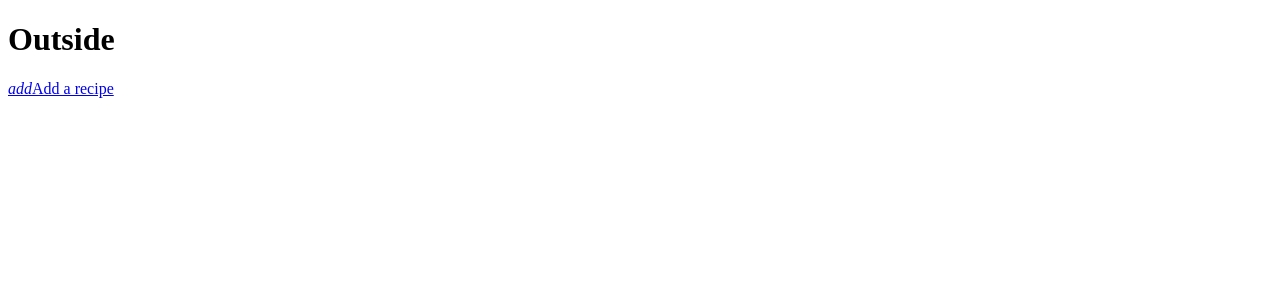
Repository: neillarkin/atari-app
Page: http://localhost/
The author's editor kept a record of every edit. The page is drawn from the files as they stood at one moment, then again after the next edit.
The browser window is 1280 px wide. The pictures show the whole page.
The page is served by the project's application, run on Flask 3 (run.py). Queries for data that is not in the repository find no rows.

Above is the page before.

After the next edit:
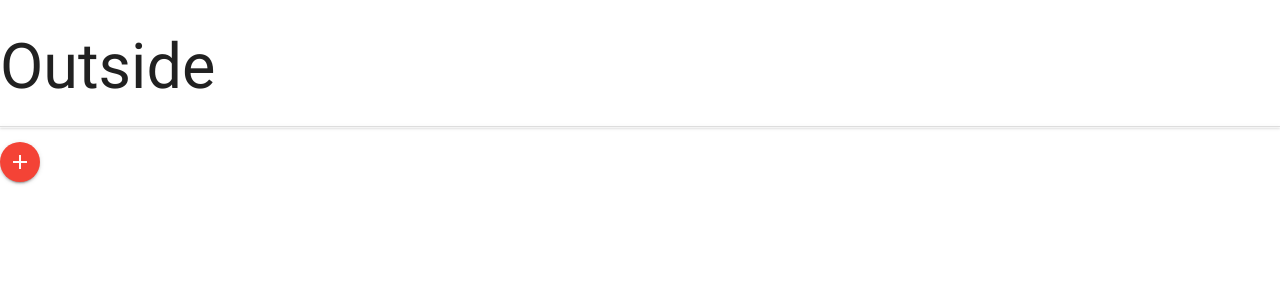
The edit:
--- a/templates/base.html
+++ b/templates/base.html
@@ -1,11 +1,14 @@
 <!DOCTYPE html>
 <html>
-    <head>
 
-    </head>
-    <body>
-        <h1>Outside</h1>
-        {% block content %}
-        {% endblock %}
-    </body>
+<head>
+    <link href="https://fonts.googleapis.com/icon?family=Material+Icons" rel="stylesheet">
+    <link rel="stylesheet" href="https://cdnjs.cloudflare.com/ajax/libs/materialize/0.100.2/css/materialize.min.css">
+</head>
+
+<body>
+    <h1>Outside</h1>
+    {% block content %} {% endblock %}
+</body>
+
 </html>
